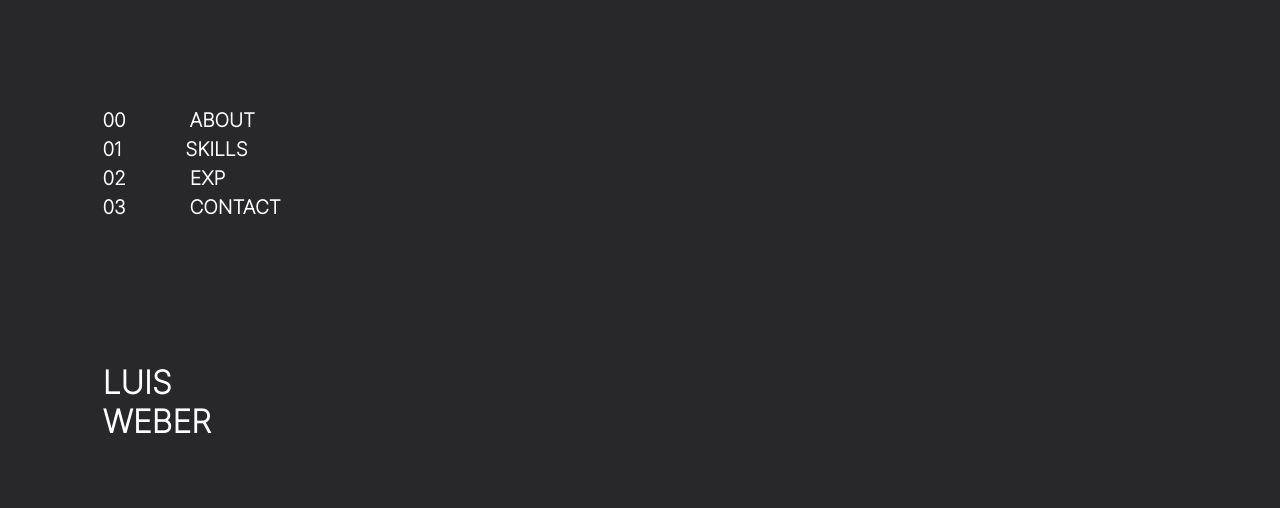
Repository: luiswh1/Portfolio
Page: /
The author's editor kept a copy of each file at every save. The page is drawn from the files as they stood at one save, then again after the next save.
The browser window is 1280 px wide. The pictures show the whole page.
The project was rebuilt for these pictures with package versions that can differ from the ones it lists, and the page was loaded fresh each time.

Above is the page before, as saved 2023-05-25 19:50:50.

After the next save:
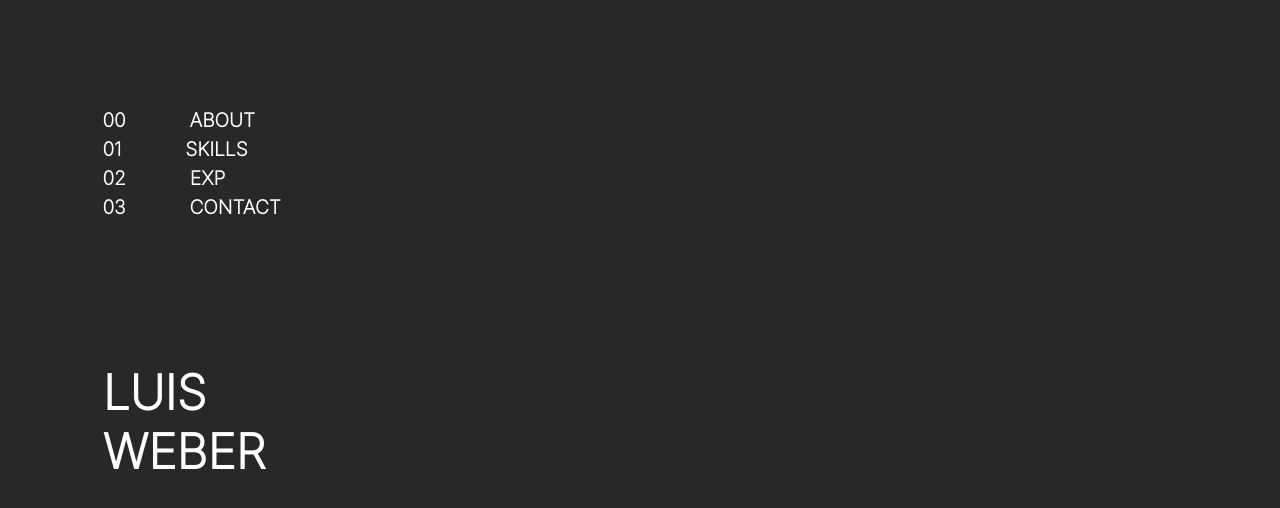
Saved 16 s later.
--- a/src/Pages/HomeStyles.tsx
+++ b/src/Pages/HomeStyles.tsx
@@ -14,5 +14,5 @@ export const NameSection = styled.div`
 `;
 
 export const StyledName = styled.h1`
-font-seize: 3em;
+font-size: 3em;
 `
